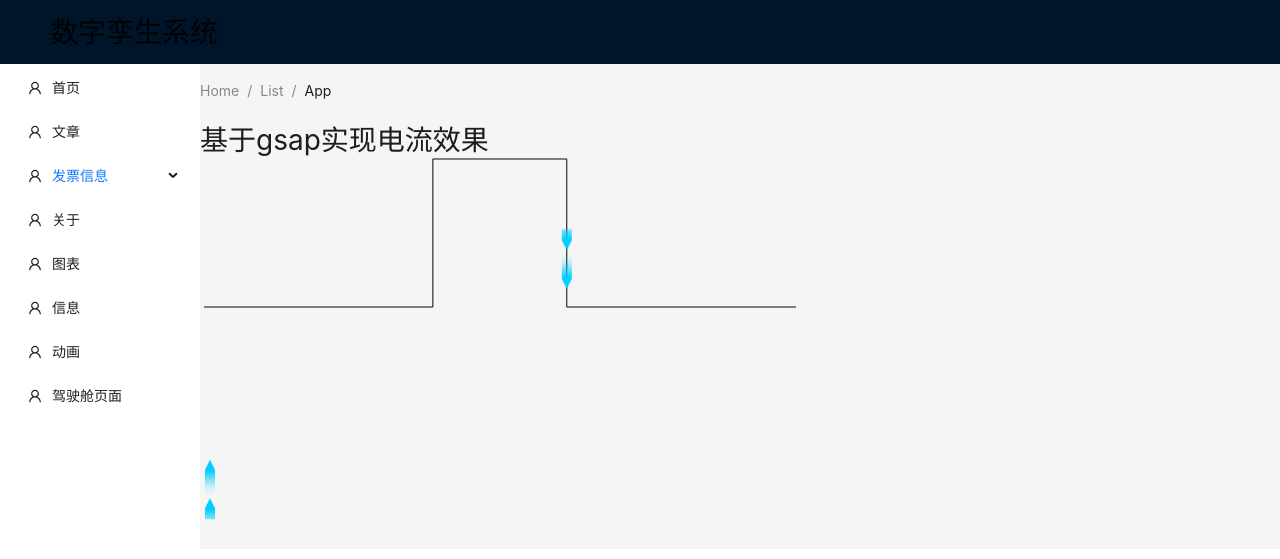
Repository: HailiePan/webpack-react-practice
Page: /animation
These files come from the project's save history. The page is drawn as it stood at one moment and after the next save; the edit follows.
The browser window is 1280 px wide. The pictures show the whole page.
The project was rebuilt for these pictures with package versions that can differ from the ones it lists, and the page was loaded fresh each time. Also part of the build but not shown: src/pages/Animation/component/ScrollAnimation/index.jsx, src/pages/Home.jsx, src/pages/Invoices/index.jsx, src/pages/Invoices/Invoice.jsx, src/pages/Invoices/Pending.jsx, src/pages/Invoices/Complete.jsx, src/components/CommonBox/index.less, src/components/CommonBox/index.jsx and 27 more.

Above is the page before, as saved 2024-01-24 15:42:03.

After the next save:
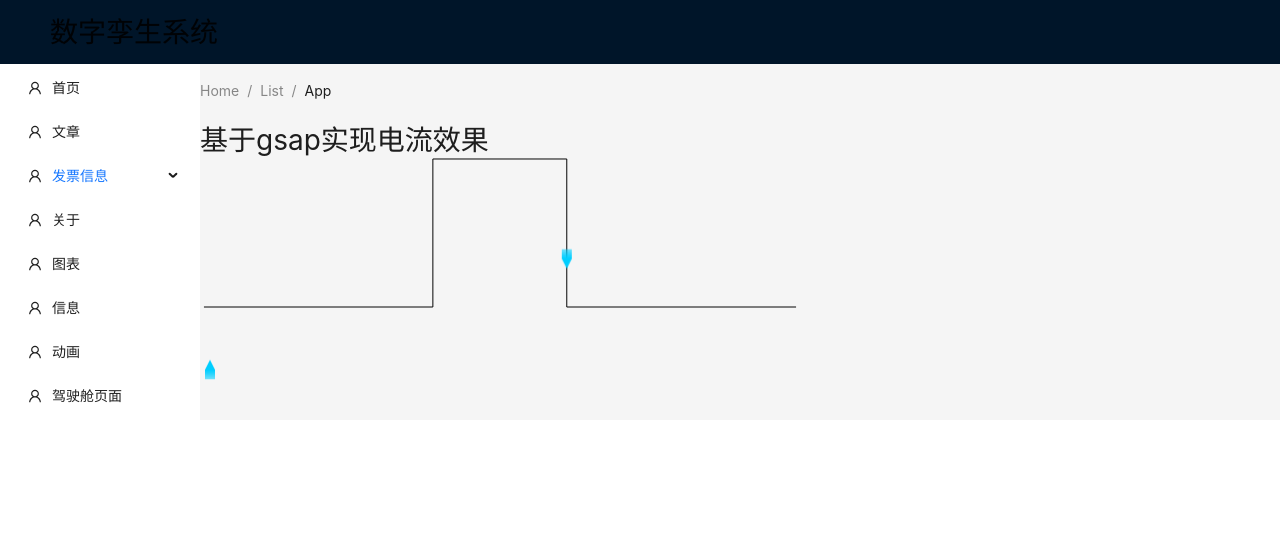
Saved 16 s later.
--- a/src/pages/Animation/component/ImitateElectricity/index.module.less
+++ b/src/pages/Animation/component/ImitateElectricity/index.module.less
@@ -6,6 +6,6 @@
 
 .jiantou {
   width: 20px;
-  height: 119px;
+  height: 39px;
   background: url('./assets/jiantou2.png');
 }
